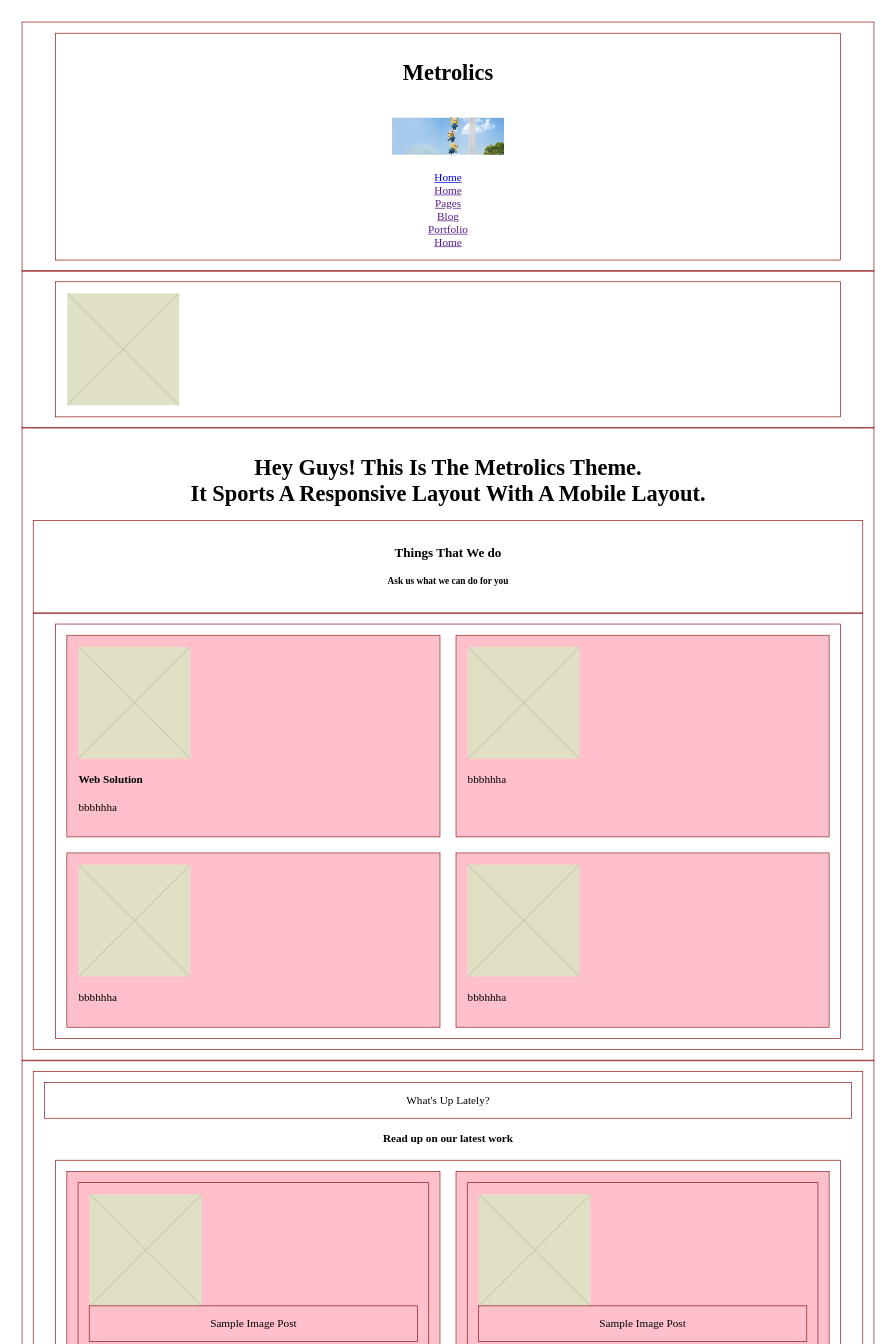
Repository: kionale/Project1_Lab3_ResponsiveLayout
Page: index.html
An editor plug-in stored every save of this project. The page is shown before and after a run of saves, followed by the edit.
The browser window is 1280 px wide. The pictures show the part of the page from y = 0 to 1920 px (the page is 6211 px tall before and 6265 px after), at 70% of full size.

Above is the page before, as saved 2023-01-31 17:13:05.

After the next 2 saves:
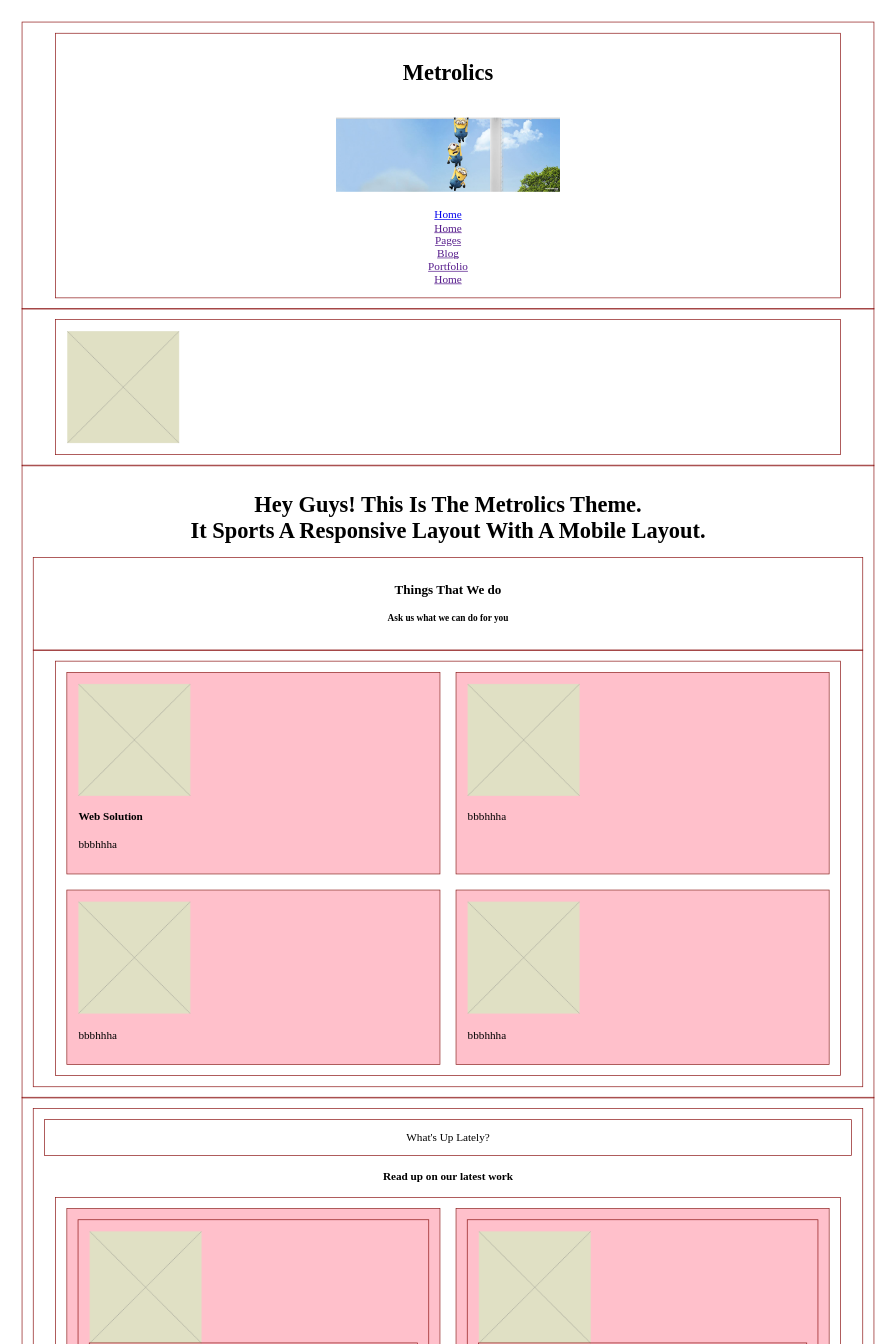
The 2 saves are shown as one change because they came seconds apart.
The last was saved 6 s later.
--- a/css/main.css
+++ b/css/main.css
@@ -184,7 +184,7 @@ button {
 
 
 .main__image{
-
+width: 20rem;
 }
 
 img{
